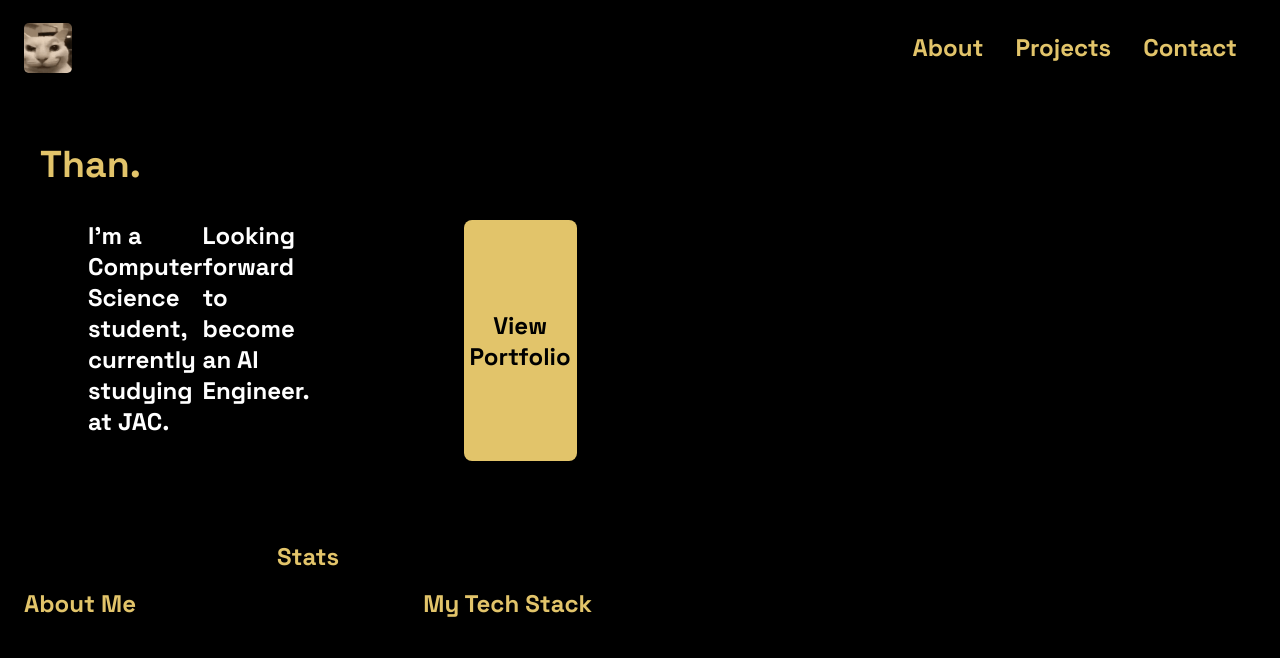
Repository: Than-dot/Than-dot
Page: index.html
These files come from the project's save history. The page is drawn as it stood at one moment and after a run of saves; the edit follows.
The browser window is 1280 px wide. The pictures show the whole page.

Above is the page before, as saved 2026-05-06 12:44:35.

### index.html
<!doctype html>
<html lang="en">
  <head>
    <meta charset="UTF-8" />
    <meta name="viewport" content="width=device-width, initial-scale=1.0" />
    <title>Than</title>
    <link rel="stylesheet" href="styles/global.css" />
    <link rel="stylesheet" href="styles/index.css" />
  </head>

  <body>
    <header>
      <nav>
        <img src="./assets/images/uncanny-cat-freaky.png" alt="cat" />
        <ul class="nav-center">
          <li>About</li>
          <li>Projects</li>
          <li>Contact</li>
        </ul>
      </nav>
    </header>
    <main>
      <section class="container1">
        <article class="f-art"><h1>Than.</h1></article>
        <aside class="f-asi">
          <p>I'm a Computer Science student, currently studying at JAC.</p>
          <p>Looking forward to become an AI Engineer.</p>
          <button>View Portfolio</button>
        </aside>
        <article class="stats">Stats</article>
      </section>
    </main>
    <section class="container2">
      <aside class="s-asi">About Me</aside>
      <article class="s-art">My Tech Stack</article>
    </section>
  </body>
</html>

### styles/global.css
@font-face {
  font-family: Space-Grotesk;
  src: url(/assets/font/Space_Grotesk/SpaceGrotesk-VariableFont_wght.ttf);
}

body {
  font-family: Space-Grotesk, sans-serif;
  font-weight: bold;
  font-size: 1.5rem;
}

button {
  font-family: Space-Grotesk, sans-serif;
  font-weight: bold;
  font-size: 1.5rem;
}

.f-art {
  font-size: 2rem;
}

### styles/index.css
body {
  width: 100%;
  max-width: 600px;
  background-color: black;
  color: #e2c46a;
}
.container1 {
  display: flex;
  flex-direction: column;
}

.f-art {
  margin: 2rem;
  margin-top: 1rem;
}

.f-asi {
  display: grid;
  margin-top: 0;
  justify-content: space-between;
}

p {
  margin: 0;
  margin-bottom: 1.5rem;
  color: white;
}

.stats {
  text-align: center;
}

.s-art {
}

.s-asi {
}

.container2 {
  display: flex;
  flex-direction: row;
  justify-content: space-between;
  margin: 1rem;
}

button {
  border-radius: 8px;
  border: none;
  max-width: 10rem;
  margin-left: 35%;
  background-color: #e2c46a;
}

img {
  height: 50px;
  width: auto;
  margin-left: 1rem;
  border-radius: 10%;
}

.nav-center {
  display: flex;
  gap: 32px;
  list-style: none;
  margin-left: 10rem;
}

nav {
  align-items: center;
  display: flex;
  border: white;
}

h1 {
  margin-bottom: 0;
}

@media screen and (min-width: 700px) {
  body {
    width: 100%;
  }
  .nav-center {
    display: flex;
    gap: 32px;
    list-style: none;
    margin-left: 50rem;
  }
  .f-asi {
    display: grid;
    margin-top: 0;
    justify-content: space-between;
  }
  .f-asi {
    display: flex;
    margin: 5rem;
    margin-top: 0;
    justify-content: space-between;
  }
}

After the next 2 saves:
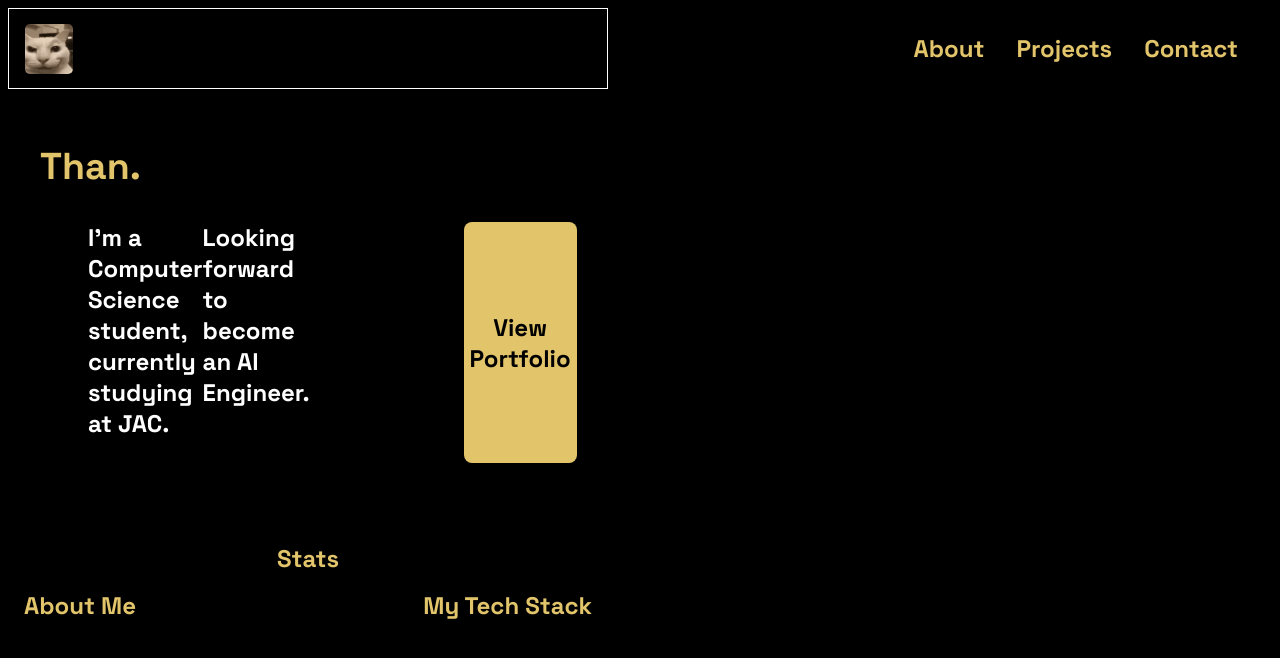
The 2 saves are shown as one change because they came seconds apart.
The last was saved 15 s later.
--- a/styles/index.css
+++ b/styles/index.css
@@ -68,7 +68,7 @@ img {
 nav {
   align-items: center;
   display: flex;
-  border: white;
+  border: 1px solid white;
 }
 
 h1 {
